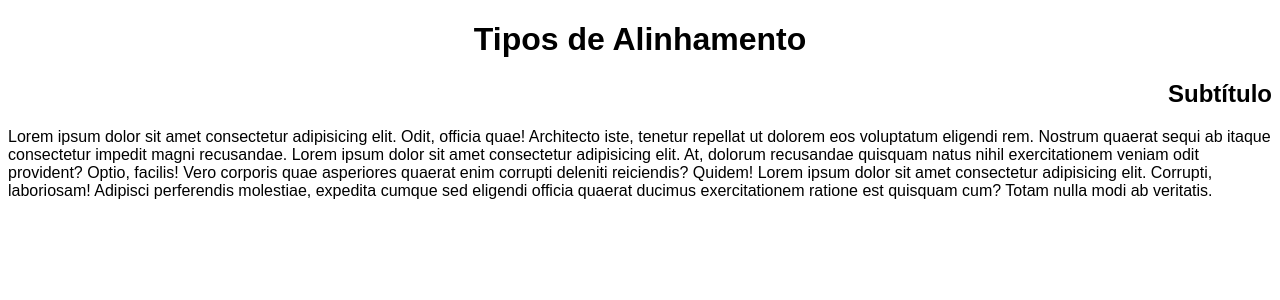
Repository: pheonix5/Estudo
Page: html-css/exercicios/ex017/fonte02.html
An editor plug-in stored every save of this project. The page is shown before and after the next save, followed by the edit.
The browser window is 1280 px wide. The pictures show the whole page.

Above is the page before, as saved 2023-08-13 00:51:28.

After the next save:
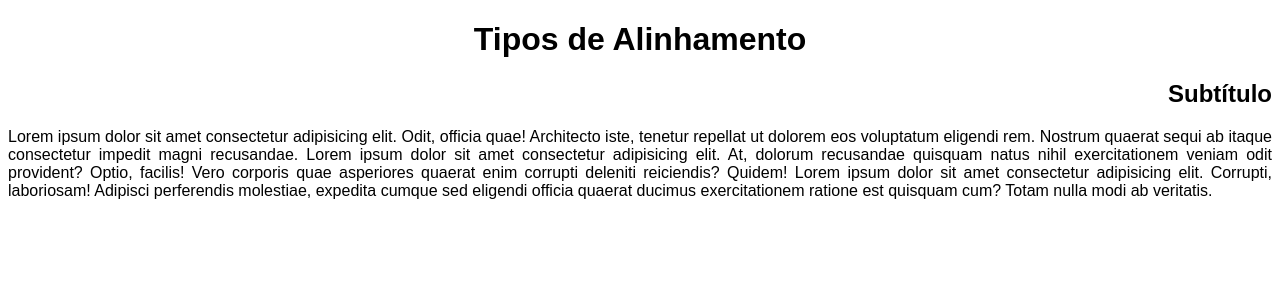
Saved 21 s later.
--- a/html-css/exercicios/ex017/fonte02.html
+++ b/html-css/exercicios/ex017/fonte02.html
@@ -17,6 +17,10 @@
     h2{
       text-align: right;
     }
+
+    p{
+      text-align: justify;
+    }
   </style>
 </head>
 <body>
